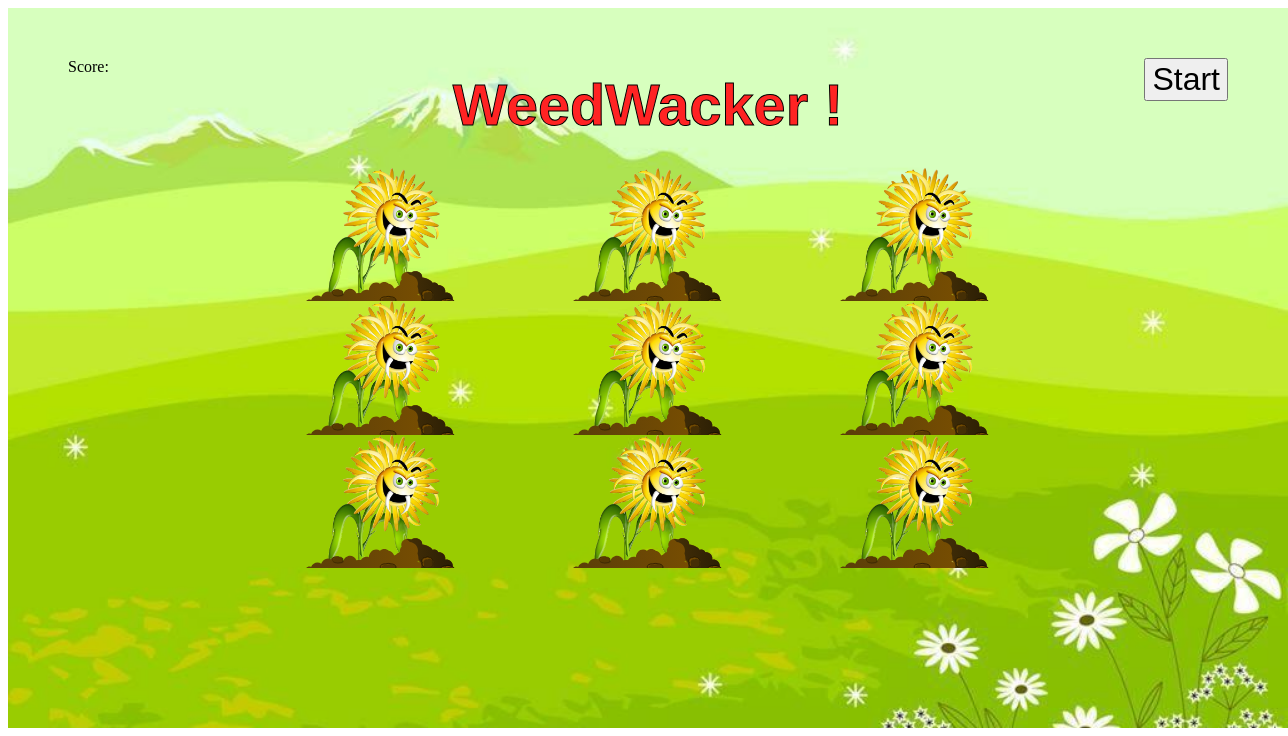
Repository: AustinW24/weedwacker
Page: index.html
An editor plug-in stored every save of this project. The page is shown before and after the next save, followed by the edit.
The browser window is 1280 px wide. The page is 1288 px wide, so the pictures cover 1288 px, including what lies to the right of the window. The pictures show the whole page.
Some web fonts or font styles are not loaded; a fallback is used.

Above is the page before, as saved 2022-02-09 10:30:26.

After the next save:
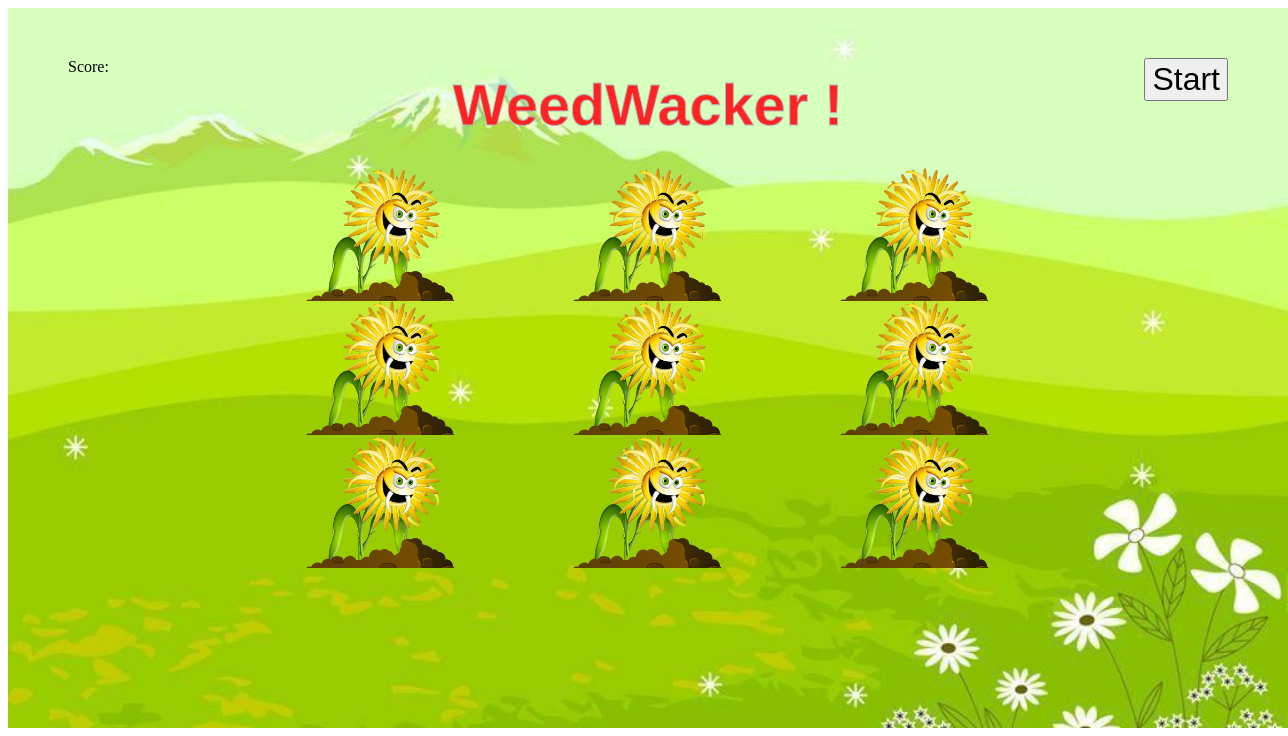
Saved 9 s later.
--- a/style.css
+++ b/style.css
@@ -87,7 +87,7 @@ button {
     font-size: 2vw;
     font-size: 4vh;
     -webkit-text-stroke-width: 1px;
-    -webkit-text-stroke-color: black;
+    -webkit-text-stroke-color: rgb(182, 182, 182);
 }
 
 .score {
